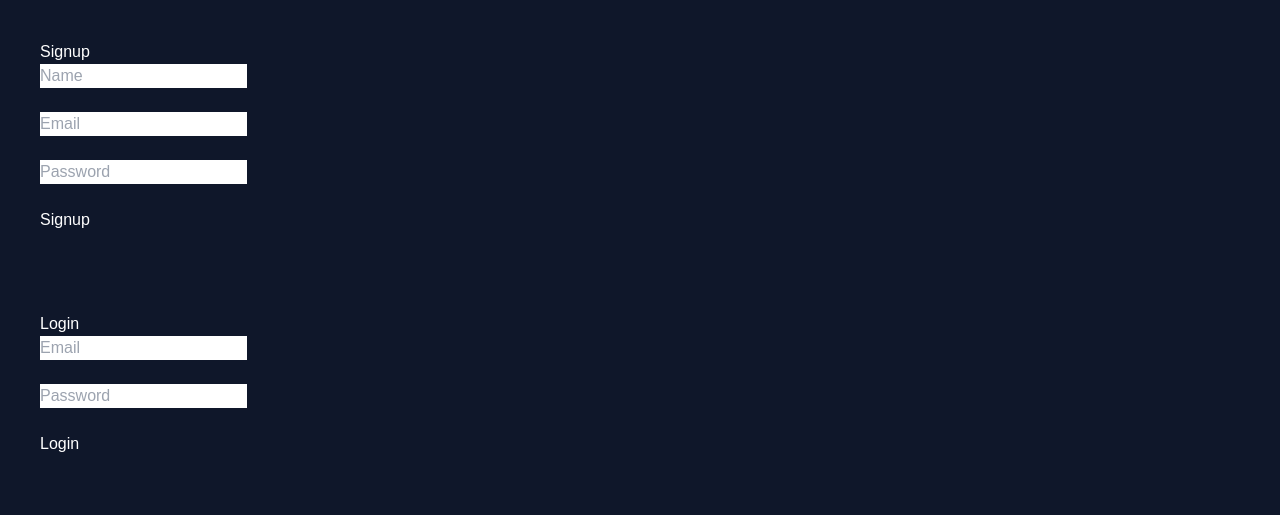
Repository: codelearnAayush/AI-Security-Monitoring-Platform
Page: / (app in frontend/)
These files come from the project's save history. The page is drawn as it stood at one moment and after the next save; the edit follows.
The browser window is 1280 px wide. The pictures show the whole page.
The project was rebuilt for these pictures with package versions that can differ from the ones it lists, and the page was loaded fresh each time. Also part of the build but not shown: frontend/vite.config.js, frontend/src/services/api.js, frontend/src/components/ThreatCard.jsx, frontend/src/components/UrlScanner.jsx, frontend/src/components/Dashboard.jsx.

Above is the page before, as saved 2026-05-28 14:43:36.

### frontend/src/App.jsx
import Login from './pages/Login'
import Signup from './pages/Signup'
import Dashboard from './components/Dashboard'

function App() {

    const token = localStorage.getItem('token')

    return (

        <div>

            {
                token ? (

                    <Dashboard />

                ) : (

                    <div>

                        <Signup />

                        <Login />

                    </div>
                )
            }

        </div>
    )
}

export default App

### frontend/src/index.css
@tailwind base;
@tailwind components;
@tailwind utilities;

body {
    background-color: #0f172a;
    color: white;
    font-family: Arial, sans-serif;
}

### frontend/src/pages/Login.jsx
import { useState } from 'react'
import axios from 'axios'

function Login() {

    const [email, setEmail] = useState('')
    const [password, setPassword] = useState('')

   const handleLogin = async () => {

    try {

        const res = await axios.post(
            'http://localhost:5000/login',
            {
                email,
                password
            }
        )

        localStorage.setItem(
            'token',
            res.data.token
        )

        alert('Login Successful')

        window.location.reload()

    } catch (error) {

        alert('Login Failed')
    }
}

    return (

        <div style={{ padding: '40px' }}>

            <h1>Login</h1>

            <input
                placeholder="Email"
                onChange={(e) => setEmail(e.target.value)}
            />

            <br /><br />

            <input
                type="password"
                placeholder="Password"
                onChange={(e) => setPassword(e.target.value)}
            />

            <br /><br />

            <button onClick={handleLogin}>
                Login
            </button>

        </div>
    )
}

export default Login

### frontend/src/pages/Signup.jsx
import { useState } from 'react'
import axios from 'axios'

function Signup() {

    const [name, setName] = useState('')
    const [email, setEmail] = useState('')
    const [password, setPassword] = useState('')
const handleSignup = async () => {

    try {

        await axios.post(
            'http://localhost:5000/signup',
            {
                name,
                email,
                password
            }
        )

        alert('Signup Successful')

    } catch (error) {

        alert('Signup Failed')
    }
}

    return (

        <div style={{ padding: '40px' }}>

            <h1>Signup</h1>

            <input
                placeholder="Name"
                onChange={(e) => setName(e.target.value)}
            />

            <br /><br />

            <input
                placeholder="Email"
                onChange={(e) => setEmail(e.target.value)}
            />

            <br /><br />

            <input
                type="password"
                placeholder="Password"
                onChange={(e) => setPassword(e.target.value)}
            />

            <br /><br />

            <button onClick={handleSignup}>
                Signup
            </button>

        </div>
    )
}

export default Signup

### frontend/tailwind.config.js
/** @type {import('tailwindcss').Config} */
export default {

  content: [
    "./index.html",
    "./src/**/*.{js,ts,jsx,tsx}",
  ],

  theme: {
    extend: {},
  },

  plugins: [],
}

Loaded but not shown: frontend/src/main.jsx (common file)

After the next save:
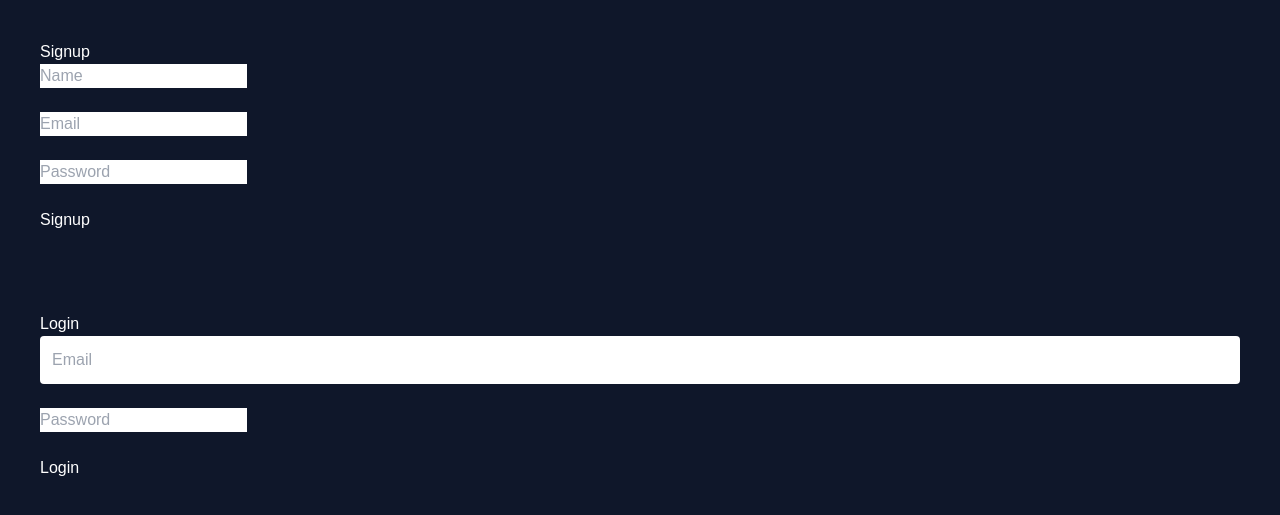
Saved 5 min 26 s later.
--- a/frontend/src/pages/Login.jsx
+++ b/frontend/src/pages/Login.jsx
@@ -39,11 +39,12 @@ function Login() {
 
             <h1>Login</h1>
 
-            <input
-                placeholder="Email"
-                onChange={(e) => setEmail(e.target.value)}
-            />
-
+           <input
+    type="text"
+    placeholder="Email"
+    onChange={(e) => setEmail(e.target.value)}
+    className="w-full p-3 rounded bg-white text-black"
+/>
             <br /><br />
 
             <input
